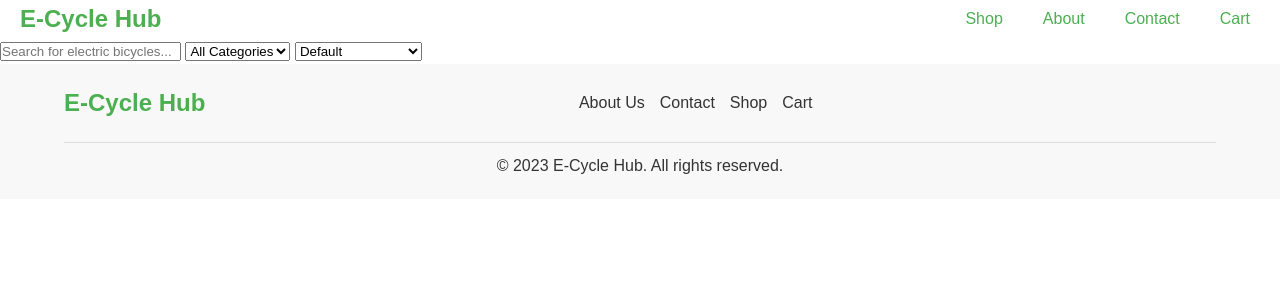
Repository: Rutuja-g/E-Cycle-Hub
Page: public/products.html
These files come from the project's save history. The page is drawn as it stood at one moment and after the next save; the edit follows.
The browser window is 1280 px wide. The pictures show the whole page.

Above is the page before, as saved 2025-10-23 18:54:18.
Console error: SyntaxError: Invalid or unexpected token

After the next save:
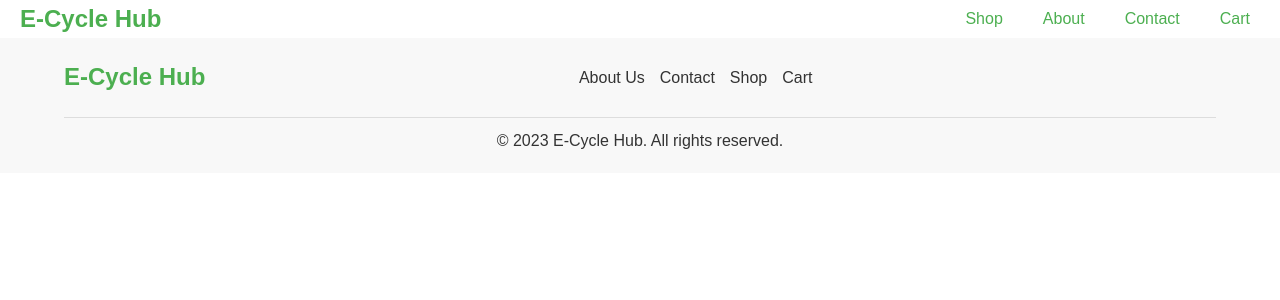
Saved 8 s later.
--- a/public/products.html
+++ b/public/products.html
@@ -15,23 +15,6 @@
     </header>
 
     <main>
-      <section class="product-search" id="products-controls">
-        <input
-          type="text"
-          id="searchInput"
-          placeholder="Search for electric bicycles..."
-        />
-        <select id="categorySelect">
-          <option value="all">All Categories</option>
-        </select>
-        <select id="sortSelect">
-          <option value="">Default</option>
-          <option value="price-asc">Price Low to High</option>
-          <option value="price-desc">Price High to Low</option>
-          <option value="popularity">Popularity</option>
-        </select>
-      </section>
-
       <div class="grid--shop"></div>
     </main>
 
